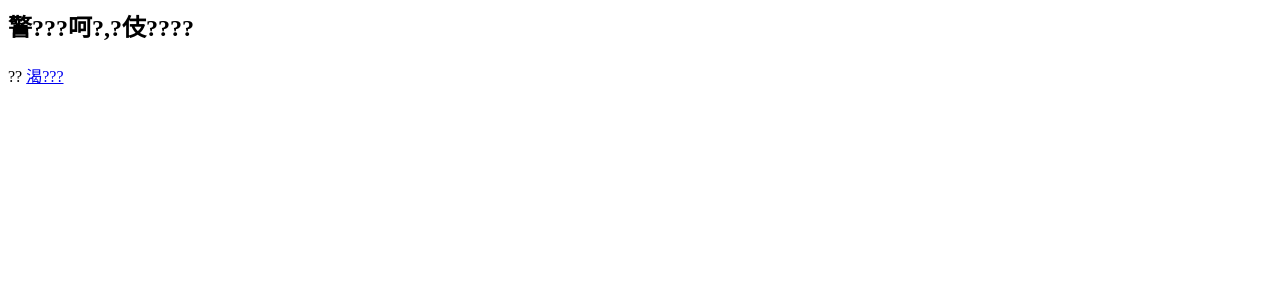
Repository: yxh0/Go
Page: http://localhost/keshe/keshe/addblogServlet
An editor plug-in stored every save of this project. The page is shown before and after the next save, followed by the edit.
The browser window is 1280 px wide. The pictures show the whole page.
The page is served by Tomcat 9.

Above is the page before, as saved 2020-06-11 15:24:38.

After the next save:
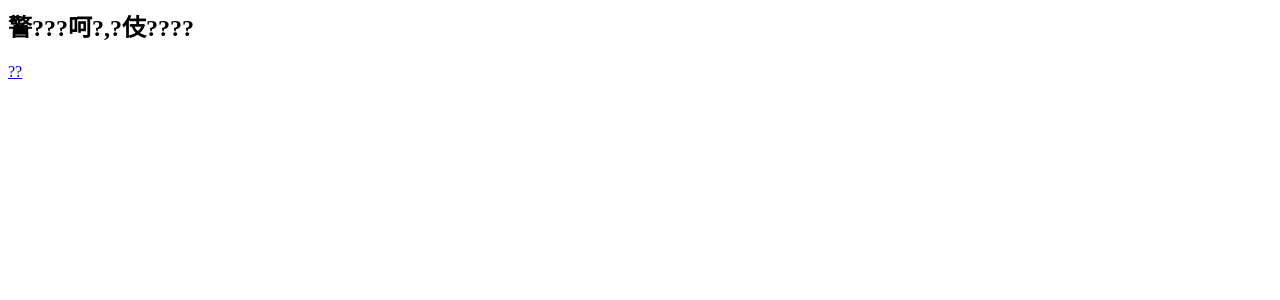
Saved 102 s later.
--- a/SoftwareProjectGo/keshe/src/myservlet/control/addblog_Servlet.java
+++ b/SoftwareProjectGo/keshe/src/myservlet/control/addblog_Servlet.java
@@ -83,8 +83,7 @@ public class addblog_Servlet extends HttpServlet{
          PrintWriter out=response.getWriter();
          out.println("<html><body>");
          out.println("<h2>"+backNews+"</h2>") ;
-         out.println("럿쀼");
-         out.println("<a href =blog.jsp>渴흙션쩌</a>");
+         out.println("<a href =blog_post.jsp>럿쀼</a>");
          out.println("</body></html>");
         }
         catch(IOException exp){}
